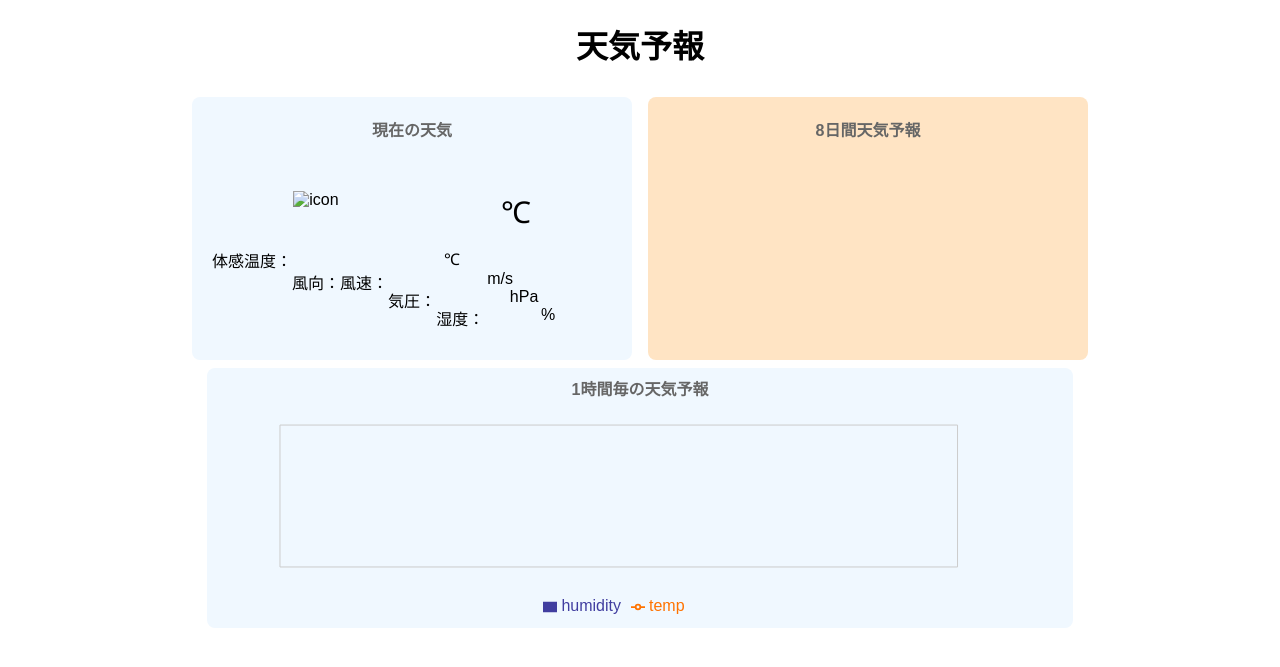
Repository: IshigureTomoki/weather-app
Page: /
The author's editor kept a copy of each file at every save. The page is drawn from the files as they stood at one save, then again after a run of saves.
The browser window is 1280 px wide. The pictures show the whole page.
The page's requests for data from a server got no answer. The project was rebuilt for these pictures with package versions that can differ from the ones it lists, and the page was loaded fresh each time. No one was signed in, and anything a server would have sent is missing.

Above is the page before, as saved 2022-02-25 15:06:33.

### src/App.tsx
import axios from "axios";
import { report } from "process";
import React, { useEffect, useState } from "react";
import { convertTypeAcquisitionFromJson } from "typescript";
import "./App.css";
import { LinePlot } from "./components/LinePlot";

function App() {
  useEffect(() => {
    wetherOneCall();
  }, []);

  type weatherReportType = {
    time: string;
    timezone: string;
    temp: string;
    feels_like: string;
    wind_deg: string;
    wind_speed: string;
    pressure: string;
    humidity: string;
    weatherDescription: string;
    weatherIcon: string;
  };

  type weatherDailyReportsType = {
    dt: number;
    temp: {
      max: string;
      min: string;
    };
    weather: [
      {
        description: string;
        icon: string;
        id: string;
        main: string;
      }
    ];
  };

  type weatherHourlyReportsType = {
    time: string;
    temp: string;
    humidity: string;
  };

  const [weatherReport, setWeatherReport] = useState<weatherReportType>();
  const [weatherDailyReports, setWeatherDailyReports] = useState<
    weatherDailyReportsType[]
  >([]);

  const [weatherHourlyReports, setWeatherHourlyReports] = useState<
    weatherHourlyReportsType[]
  >([]);
  const [serchCity, setSearchCity] = useState("");

  const time = (dt: number) => {
    const srTime = new Date(dt * 1000);
    const time = srTime.toLocaleTimeString();
    return `${time}`;
  };

  const hour = (dt: number) => {
    const srTime = new Date(dt * 1000);
    const hour = srTime.getHours();
    return `${hour}`;
  };

  const mday = (dt: number) => {
    const srTime = new Date(dt * 1000);
    const day = srTime.toLocaleDateString();
    return `${day}`;
  };

  const date = (dt: number) => {
    const srTime = new Date(dt * 1000);
    const date = srTime.getDate();
    return `${date}`;
  };

  const dayOfWeekStr = (dt: number) => {
    const srTime = new Date(dt * 1000);
    const day = srTime.getDay();
    const dayOfWeekStrJP = ["日", "月", "火", "水", "木", "金", "土"];
    return `(${dayOfWeekStrJP[day]})`;
  };

  const wetherOneCall = async () => {
    await axios
      .get(
        "https://api.openweathermap.org/data/2.5/onecall?lat=35.690&lon=139.692&lang=ja&units=metric&appid=ff86fbdda3c22e95ce0071f6a7826f6c"
      )
      .then((res) => {
        console.log(res);

        const get_wind_deg = (wind_deg: number) => {
          let r = "北↓";
          if (wind_deg >= 11.25) r = "北北東";
          if (wind_deg >= 33.75) r = "北東↙︎";
          if (wind_deg >= 56.25) r = "東北東";
          if (wind_deg >= 78.75) r = "東←";
          if (wind_deg >= 101.25) r = "東南東";
          if (wind_deg >= 123.75) r = "南東↖︎";
          if (wind_deg >= 146.25) r = "南南東";
          if (wind_deg >= 168.75) r = "南↑";
          if (wind_deg >= 191.25) r = "南南西";
          if (wind_deg >= 213.75) r = "南西↗︎";
          if (wind_deg >= 236.25) r = "西南西";
          if (wind_deg >= 258.75) r = "西→";
          if (wind_deg >= 281.25) r = "西北西";
          if (wind_deg >= 303.75) r = "北西↘︎";
          if (wind_deg >= 326.25) r = "北北西";
          return r;
        };

        const report = {
          time: `${mday(res.data.current.dt)} ${time(res.data.current.dt)}`,
          timezone: res.data.timezone,
          temp: res.data.current.temp,
          feels_like: res.data.current.feels_like,
          wind_deg: get_wind_deg(res.data.current.wind_deg),
          wind_speed: res.data.current.wind_speed,
          pressure: res.data.current.pressure,
          humidity: res.data.current.humidity,
          weatherDescription: res.data.current.weather[0].description,
          weatherIcon: `http://openweathermap.org/img/wn/${res.data.current.weather[0].icon}@2x.png`,
        };

        const hourlyreports = res.data.hourly.map(
          (hourly: any, index: number) => {
            return {
              time: hour(hourly.dt),
              temp: hourly.temp,
              humidity: hourly.humidity,
            };
          }
        );

        hourlyreports.length = 24;

        console.log(report);
        setWeatherReport(report);
        setWeatherDailyReports(res.data.daily);
        console.log(hourlyreports);
        setWeatherHourlyReports(hourlyreports);
      });
  };
  return (
    <>
      <div className="App">
        <h1>天気予報</h1>
        <div className="upper">
          <div className="now-area">
            <div className="title">現在の天気</div>
            <div className="nowtime">{weatherReport?.time}</div>
            <div className="nowplace">{weatherReport?.timezone}</div>
            <div className="nowtemps">
              <div>
                <img src={weatherReport?.weatherIcon} alt="icon" width={120} />
              </div>
              <div className="nowtemps2">
                <div className="nowtemp">{weatherReport?.temp}℃</div>
                <div className="nowdes">
                  {weatherReport?.weatherDescription}
                </div>
              </div>
            </div>
            <dl>
              <dt>体感温度</dt>
              <dd>{weatherReport?.feels_like}℃</dd>
              <dt>風向</dt>
              <dd>{weatherReport?.wind_deg}</dd>
              <dt>風速</dt>
              <dd>{weatherReport?.wind_speed}m/s</dd>
              <dt>気圧</dt>
              <dd>{weatherReport?.pressure}hPa</dd>
              <dt>湿度</dt>
              <dd>{weatherReport?.humidity}%</dd>
            </dl>
          </div>

          <div className="dayly-area">
            <div className="title">8日間天気予報</div>

            {weatherDailyReports.map((report) => (
              <>
                <div className="dayly">
                  <div className="daylyd">
                    {date(report.dt)}
                    {dayOfWeekStr(report.dt)}
                  </div>
                  <div className="daylyi">
                    <img
                      src={`http://openweathermap.org/img/wn/${report.weather[0].icon}@2x.png`}
                      alt="icon"
                      width={40}
                    />
                  </div>
                  <div className="daylyde">{report.weather[0].description}</div>
                  <div className="daylym">
                    {report.temp.max}/{report.temp.min}℃
                  </div>
                </div>
              </>
            ))}
          </div>
        </div>

        <div className="hourly-area">
          <div className="title">1時間毎の天気予報</div>
          <LinePlot data={weatherHourlyReports} />
        </div>
      </div>
    </>
  );
}

export default App;

### src/App.css
body {
  font-family: sans-serif;
}

.App {
  text-align: center;
}

.upper {
  display: flex;
  justify-content: center;
}
.now-area {
  text-align: center;
  background-color: aliceblue;
  width: 400px;
  padding: 20px;
  margin: 8px;
  border-radius: 8px;
}
.nowtime {
  font-size: 30px;
}

.nowplace{
  font-size: 25px;
}
.nowtemps{
  padding-top: 30px;
  display: flex;
  justify-content:space-around;
}
.nowtemps2{
  vertical-align: middle;
}

.nowtemp{
  font-size: 30px;
}

dt {
  float: left;
}

dt::after {
  content: "：";
}

.dayly-area {
  text-align: center;
  background-color: bisque;
  width: 400px;
  padding: 20px;
  margin: 8px;
  border-radius: 8px;
}

.dayly {
  display: flex;
}

.daylyd {
  width: 60px;
}

.daylyi {
  width: 90px;
}

.daylym {
  width: 150px;
}

.daylyde {
  width: 100px;
}

.hourly-area {
  background-color: aliceblue;
  width: 850px;
  padding: 8px;
  margin: 0 auto;
  border-radius: 8px;
}
.title {
  text-align: center;
  margin: 0px 0px 20px 0px;
  font-weight: bold;
  color: #666;
}

### src/components/LinePlot.tsx
import {
  Line,
  CartesianGrid,
  XAxis,
  YAxis,
  Tooltip,
  Bar,
  ComposedChart,
  ResponsiveContainer,
  Legend,
} from "recharts";

export const LinePlot = (props: any) => {
  const data = props.data;
  // const data = [
  //   { time: "15", temp: 8.67, humidity: 5 },
  //   { time: "16", temp: 8.87, humidity: 24 },
  //   { time: "17", temp: 8.61, humidity: 25 },
  //   { time: "18", temp: 8.26, humidity: 26 },
  //   { time: "19", temp: 6.67, humidity: 60 },
  //   { time: "20", temp: 5.31, humidity: 68 },
  //   { time: "21", temp: 3.73, humidity: 10 },
  //   { time: "22", temp: 3.32, humidity: 22 },
  // ];
  console.log(data);
  return (
    <ResponsiveContainer width="95%" height={200}>
      <ComposedChart  data={data}>
        <Bar
          yAxisId={2}
          dataKey="humidity"
          barSize={15}
          fill="#413ea0"
          label={{ fill: "white", fontSize: 10 }}
        />
        <Line yAxisId={1} type="monotone" dataKey="temp" stroke="#ff7300" />
        <CartesianGrid stroke="#ccc" />
        <XAxis dataKey="time" label={{ value: "時刻", dx: 5 }} />
        <YAxis yAxisId={1} tickCount={8} unit="℃" label={{ value: "気温" }} />
        <YAxis
          yAxisId={2}
          tickCount={8}
          unit="%"
          label={{ value: "降水確率", dx: 5 }}
          orientation="right"
        />
        <Legend />
        <Tooltip />
      </ComposedChart>
    </ResponsiveContainer>
  );
};

Loaded but not shown: public/index.html (common file); src/index.tsx (common file); src/index.css (common file); src/reportWebVitals.ts (common file)

After the next 3 saves:
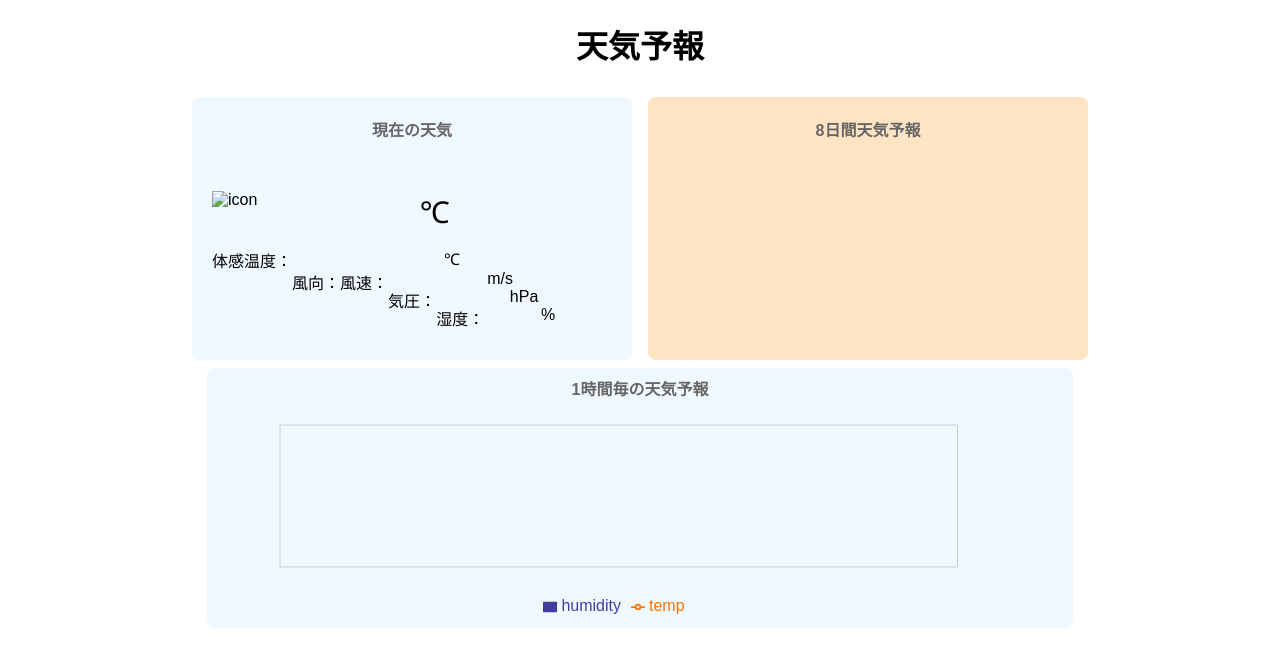
The 3 saves are shown as one change because they came seconds apart.
The last was saved 2 min 22 s later.
--- a/src/App.css
+++ b/src/App.css
@@ -31,7 +31,7 @@
   justify-content:space-around;
 }
 .nowtemps2{
-  vertical-align: middle;
+  margin: 0 auto;
 }
 
 .nowtemp{

After the 2 saves that followed:
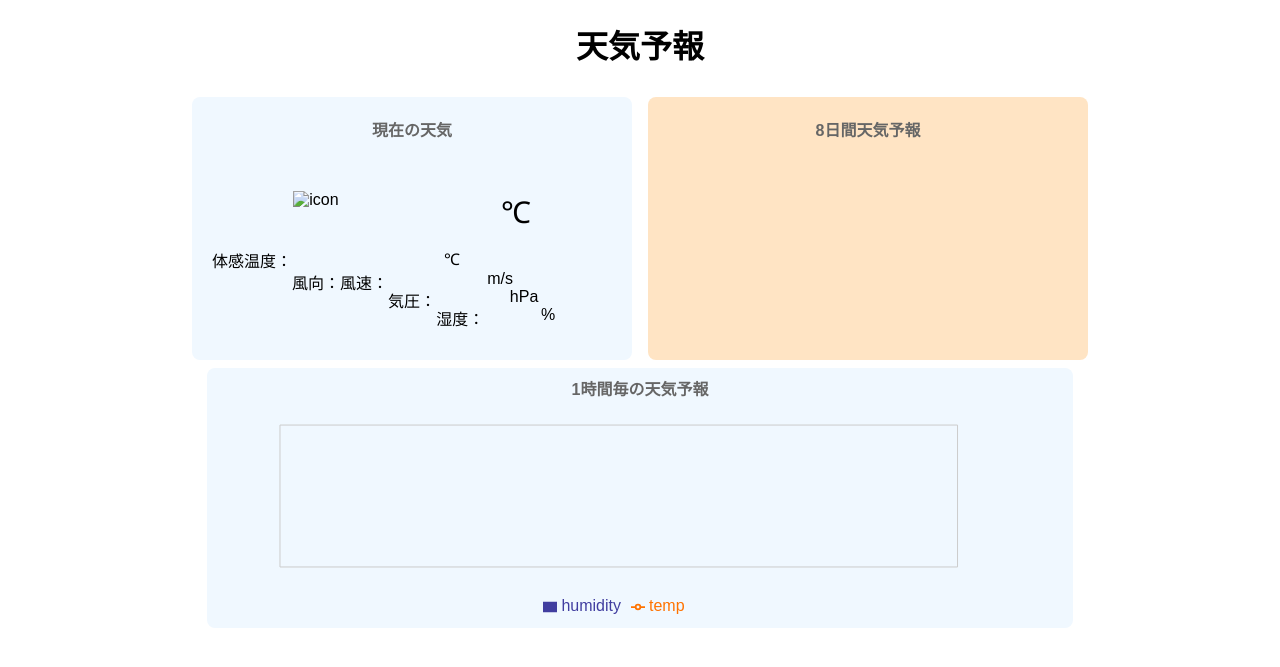
The 2 saves are shown as one change because they came seconds apart.
The last was saved 14 s later.
--- a/src/App.css
+++ b/src/App.css
@@ -31,7 +31,7 @@
   justify-content:space-around;
 }
 .nowtemps2{
-  margin: 0 auto;
+  padding: 20;
 }
 
 .nowtemp{
